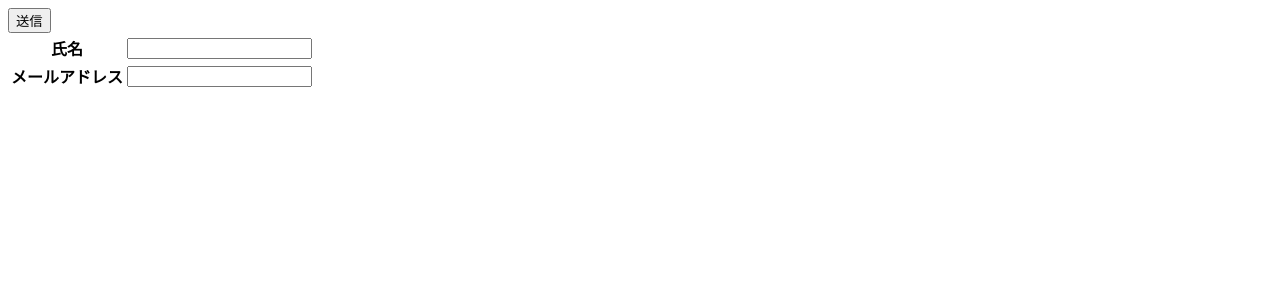
Repository: masanarimiura/20220618_miura
Page: http://localhost/
The author's editor kept a copy of each file at every save. The page is drawn from the files as they stood at one save, then again after the next save.
The browser window is 1280 px wide. The pictures show the whole page.
The page is served by the project's Laravel application, run on PHP 8.4 with Laravel 8. Other server files are loaded and not shown.

Above is the page before, as saved 2022-06-18 11:52:34.

### routes/web.php
<?php

use Illuminate\Support\Facades\Route;
use App\Http\Controllers\TaskController;

Route::get('/', [TaskController::class, 'index']);
Route::post('/', [TaskController::class, 'post']);

### app/Http/Controllers/TaskController.php
<?php

namespace App\Http\Controllers;

use App\Models\Customer;
use Illuminate\Http\Request;

class TaskController extends Controller
{
    public function index()
    {
        return view('index');
    }
    public function find()
    {
        return view('find', ['input' => '']);
    }
    public function search(Request $request)
    {
        $item = Author::where('name', 'LIKE',"%{$request->input}%")->first();
        $param = [
            'input' => $request->input,
            'item' => $item
        ];
        return view('find', $param);
    }
    public function bind(Author $author)
    {
        $data = [
            'item'=>$author,
        ];
        return view('author.binds', $data);
    }
    public function add()
    {
        return view('add');
    }
    public function create(Request $request)
    {
        $this->validate($request, Author::$rules);
        $form = $request->all();
        Author::create($form);
        return redirect('/');
    }
}

### resources/views/index.blade.php
<!DOCTYPE html>
<html lang="ja">

<head>
  <meta charset="UTF-8">
  <meta name="viewport" content="width=device-width, initial-scale=1.0">
  <title>top</title>
</head>

<body>
  @if (count($errors) > 0)
<ul>
  @foreach ($errors->all() as $error)
  <li>
    {{$error}}
  </li>
  @endforeach
</ul>
@endif
<form action="/" method="post">
  <table>
    @csrf
    <tr>
      <th>
        氏名
      </th>
      <td>
        <input type="text" name="name">
      </td>
    </tr>
    <tr>
      <th>
        メールアドレス
      </th>
      <td>
        <input type="email" name="email">
      </td>
    </tr>
      <input type="submit" value="送信">
  </table>
</form>
</body>
</html>

Loaded but not shown: app/Http/Controllers/Controller.php (common file)

After the next save:
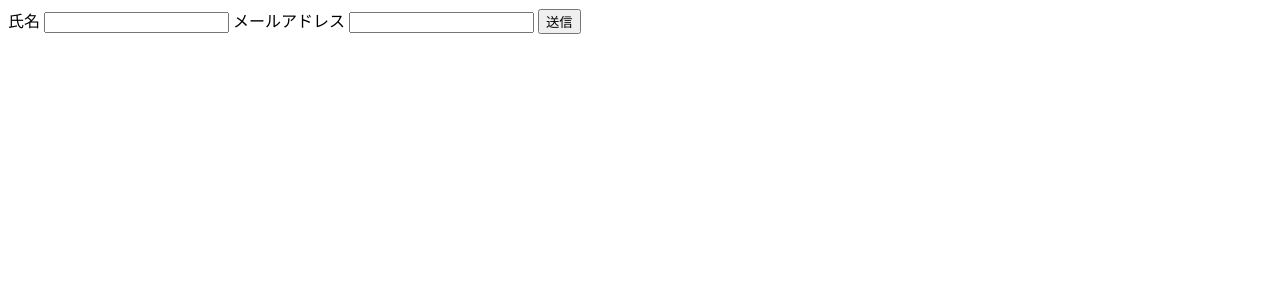
Saved 73 s later.
--- a/resources/views/index.blade.php
+++ b/resources/views/index.blade.php
@@ -18,7 +18,6 @@
 </ul>
 @endif
 <form action="/" method="post">
-  <table>
     @csrf
     <tr>
       <th>
